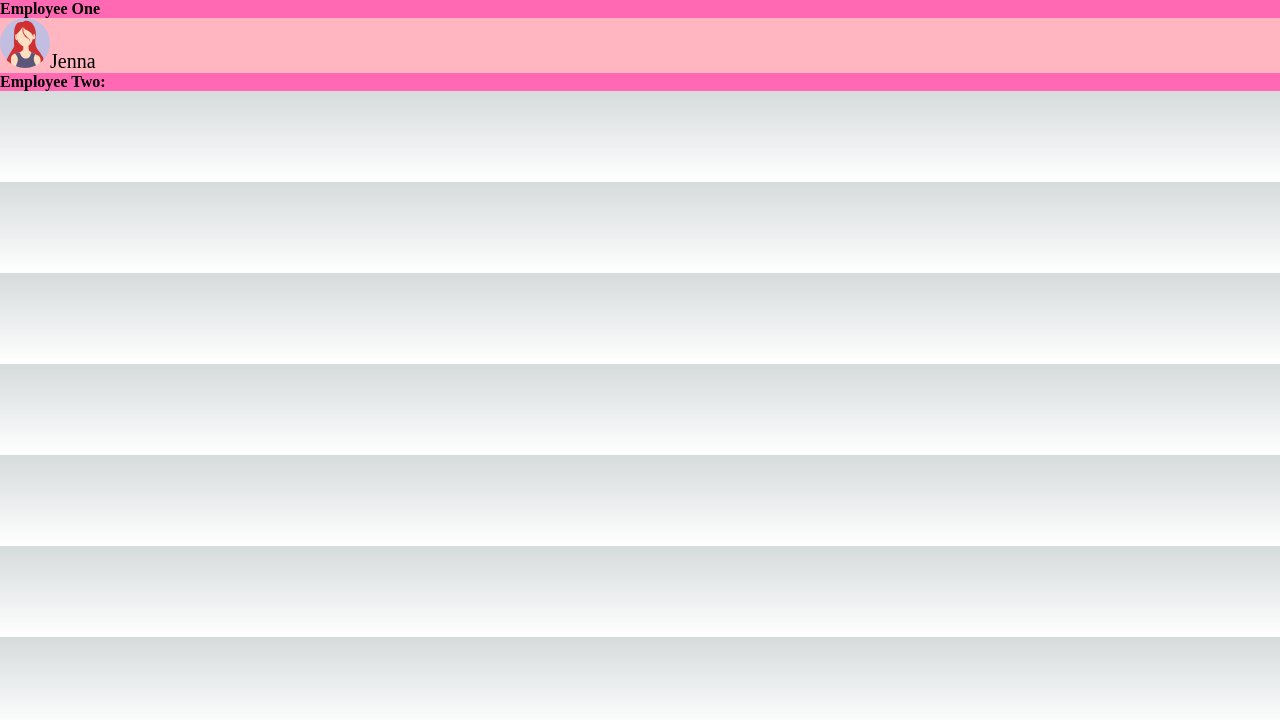
Repository: bguemos/week3example
Page: /About
An editor plug-in stored every save of this project. The page is shown before and after the next save, followed by the edit.
The browser window is 1280 px wide. The pictures show the whole page.
The project was rebuilt for these pictures with package versions that can differ from the ones it lists, and the page was loaded fresh each time. The framework's server and built-in components were replaced by stand-ins that run in the browser. Also part of the build but not shown: next.config.js.

Above is the page before, as saved 2023-01-19 13:13:59.

After the next save:
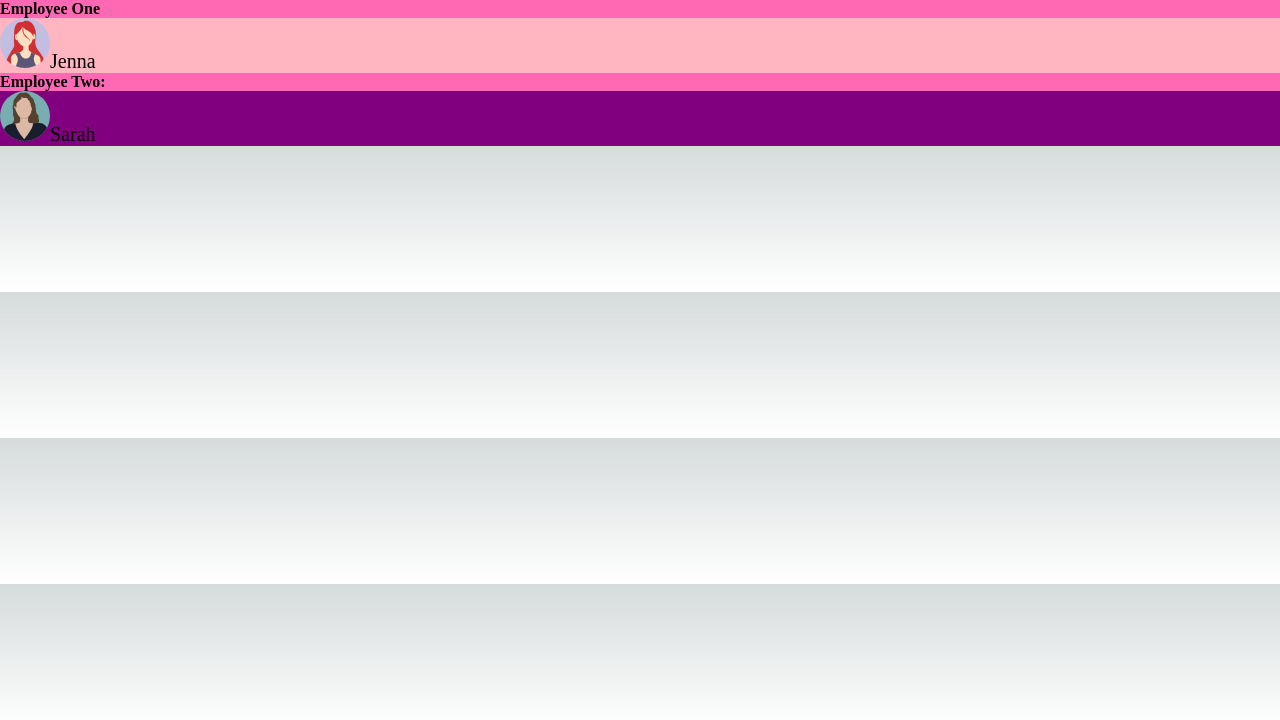
Saved 43 s later.
--- a/pages/About.js
+++ b/pages/About.js
@@ -29,7 +29,7 @@ export default function About() {
                 })}
             <b> Employee Two:</b>
                 {information && information.map((info, index) => {
-                if (info.Position === "ceo") {
+                if (info.position === "ceo") {
                     return (
                         <div key={index}>
                             <CardEmployee employeeName={info.name} colour="purple" font="20px" />
